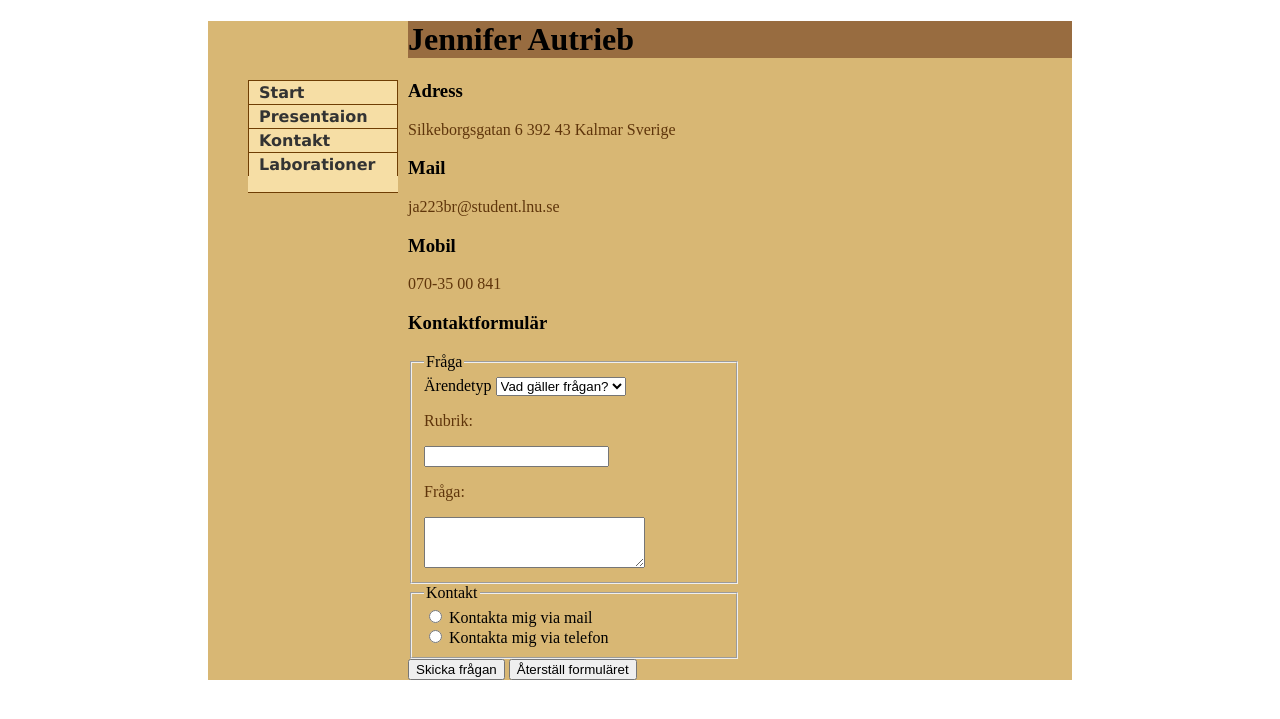
Repository: JeAut/1ik415-JeAut-laborationer
Page: WWW/pages/kontakt.html
The author's editor kept a record of every edit. The page is drawn from the files as they stood at one moment, then again after the next edit.
The browser window is 1280 px wide. The pictures show the whole page.

Above is the page before.

### WWW/pages/kontakt.html
<!DOCTYPE html>
<html>
    <head>
        <meta http-equiv="content-type" content="text/html; charset=utf-8" />
        <title>Kontakt</title>

        <link rel="stylesheet" href="../../css/style.css"/>
    </head>
    <body>
        <div id="body">
        <div id="header"><h1>Jennifer Autrieb</h1></div>

        <ul class="sidemenu">
            <div id="navigation">
            <div id="bc">
            <div id="ulsidemenu">
            <div id="ulsidemenu2">
            <li><a href="../index.html"> Start</a></li>
            </div>
            <div id="ulsidemenu2">
            <li><a href="Presentation.html"> Presentaion</a></li>
            </div>
            <div id="ulsidemenu2">
            <li><a href="kontakt.html"> Kontakt</a></li>
            </div>
            <div id="ulsidemenu2">
            <li><a href="laborationer.html"> Laborationer</a></li></p>
            </div>
            </div>
            </div>
            </div>
        </ul>

        <div id="container"><h3>Adress</h3>
        <p>Silkeborgsgatan 6
        392 43 Kalmar
        Sverige</p>

        <h3>Mail</h3>
        <p>ja223br@student.lnu.se</p>

        <h3>Mobil</h3>
        <p>070-35 00 841</p>




        <h3>Kontaktformulär</h3>

        <form id="formulär" name="formulär" method="post" action="http://voyager.lnu.se/tekinet/kurser/dtt/wp_webbintro/form.php">
        <fieldset style="width: 300px;">
            <legend>Fråga</legend>
            <label for="select">Ärendetyp</label>
            <select name="Ärende" id="Ärende">
            <option>Vad gäller frågan?</option>
            <option>Allmänna frågor</option>
            <option>Publikationer</option>
            <option>Kontakt</option>
            </select>
            <p><label for="rubrik">Rubrik:</label></p>
            <input type="text" name="rubrik" id="rubrik" />
            <p><label for="fraga">Fråga:</label></p>
            <textarea name="fraga" id="fraga" cols="25" rows="3"
            wrap="physical"></textarea>
        </fieldset>
        <fieldset style="width: 300px;">
            <legend>Kontakt</legend>


            <input type="radio" name="kontakt" id="mail" value="mail" />
            <label for="var">Kontakta mig via mail</label> <br />

            <input type="radio" name="kontakt" id="telefon" value="telefon" />
            <label for="sommar">Kontakta mig via telefon</label> <br />
        </fieldset>

        <input type="submit" name="submit" id="submit" value="Skicka frågan" />
        <input type="reset" name="reset" id="reset" value="Återställ formuläret" />
         </form>
        </div>
        </div>
    </body>
</html>

### css/style.css
/*Layout*/

#navigation {display:block; float:left; ;
}

#container {display:block; background-color:#D8B774; margin-left:200px;
}

#header {display:block; margin-left:200px; background-color:#986C40;
}

#body {margin-right:200px; margin-left:200px; background-color:#D8B774;
}

p {color:#5F350B;}

/*Listelement <li> meny*/

#bc {
    background-color:#D8B774;
}

#ulsidemenu {
    padding:0px;
    margin:0px;
    list-style:none;
    font-family:Verdana, Arial, Helvetica, sans-serif;
    border-bottom:1px solid #6F3E04;
    width:150px;
    background-color:#F6DEA5;
}

#ulsidemenu2 {
    border-top:1px solid #6F3E04;
    border-left:1px solid #6F3E04;
    border-right:1px solid #6F3E04;
}

a {
    text-decoration:none;
    display:block;
    width:130px;
    color:#333333;
    font-weight:bold;
    padding:2px 10px;
}
a:hover {
    background-color:#B9BB79;
    color:#EEEEDC;
}

After the next edit:
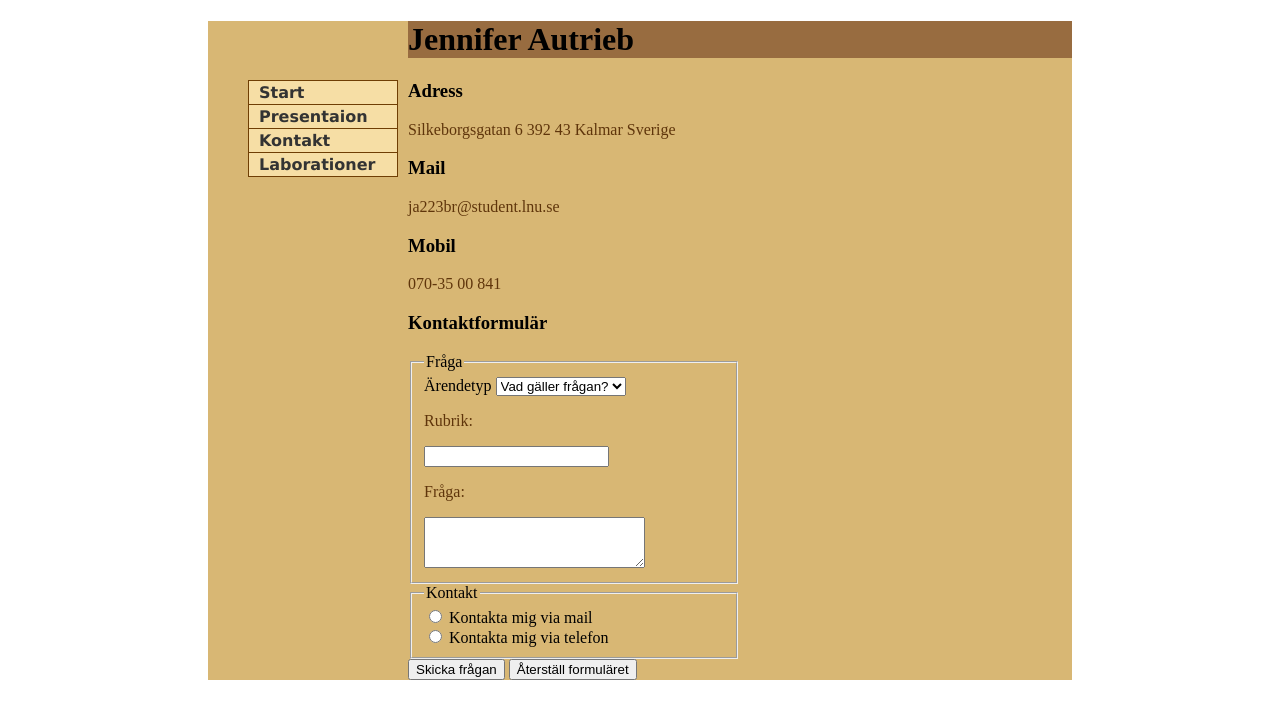
The edit:
--- a/WWW/pages/kontakt.html
+++ b/WWW/pages/kontakt.html
@@ -24,7 +24,7 @@
             <li><a href="kontakt.html"> Kontakt</a></li>
             </div>
             <div id="ulsidemenu2">
-            <li><a href="laborationer.html"> Laborationer</a></li></p>
+            <li><a href="laborationer.html"> Laborationer</a></li>
             </div>
             </div>
             </div>
